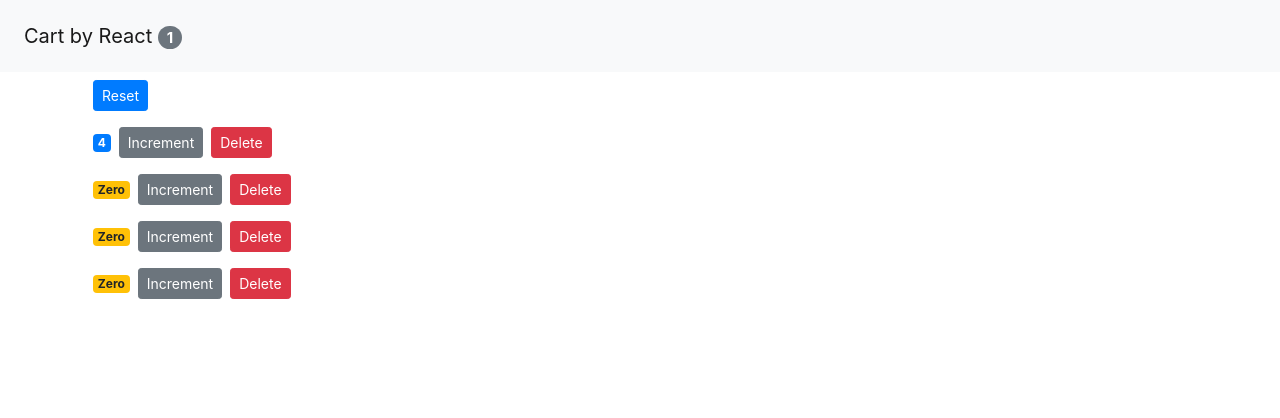
Repository: smk87/First-React-App
Page: /
The author's editor kept a copy of each file at every save. The page is drawn from the files as they stood at one save, then again after the next save.
The browser window is 1280 px wide. The pictures show the whole page.
The project was rebuilt for these pictures with package versions that can differ from the ones it lists, and the page was loaded fresh each time. Also part of the build but not shown: src/App.css.

Above is the page before, as saved 2019-01-06 14:23:27.

### public/index.html
<!DOCTYPE html>
<html lang="en">
  <head>
    <meta charset="utf-8" />
    <link rel="shortcut icon" href="%PUBLIC_URL%/favicon.ico" />
    <meta
      name="viewport"
      content="width=device-width, initial-scale=1, shrink-to-fit=no"
    />
    <meta name="theme-color" content="#000000" />
    <!--
      manifest.json provides metadata used when your web app is added to the
      homescreen on Android. See https://developers.google.com/web/fundamentals/web-app-manifest/
    -->
    <link rel="manifest" href="%PUBLIC_URL%/manifest.json" />
    <!--
      Notice the use of %PUBLIC_URL% in the tags above.
      It will be replaced with the URL of the `public` folder during the build.
      Only files inside the `public` folder can be referenced from the HTML.

      Unlike "/favicon.ico" or "favicon.ico", "%PUBLIC_URL%/favicon.ico" will
      work correctly both with client-side routing and a non-root public URL.
      Learn how to configure a non-root public URL by running `npm run build`.
    -->
    <title>Cart by React</title>
  </head>
  <body>
    <noscript>You need to enable JavaScript to run this app.</noscript>
    <div id="root"></div>
    <!--
      This HTML file is a template.
      If you open it directly in the browser, you will see an empty page.

      You can add webfonts, meta tags, or analytics to this file.
      The build step will place the bundled scripts into the <body> tag.

      To begin the development, run `npm start` or `yarn start`.
      To create a production bundle, use `npm run build` or `yarn build`.
    -->
  </body>
</html>

### src/App.js
import React, { Component } from "react";
import logo from "./logo.svg";
import "./App.css";
import NavBar from "./components/navbar";
import Counters from "./components/counters";

class App extends Component {
  state = {
    counters: [
      { id: 1, value: 4 },
      { id: 2, value: 0 },
      { id: 3, value: 0 },
      { id: 4, value: 0 }
    ]
  };

  handleDelete = counterId => {
    const counters = this.state.counters.filter(c => c.id !== counterId);
    this.setState({ counters });
  };

  handleReset = () => {
    const reset = this.state.counters.map(c => {
      c.value = 0;
      return c;
    });
    this.setState({ reset });
  };

  handleIncrement = counter => {
    console.log(counter);

    const counters = [...this.state.counters];
    const index = counters.indexOf(counter);
    counters[index] = { ...counter };
    counters[index].value++;
    this.setState({ counters });
  };

  render() {
    return (
      <React.Fragment>
        <NavBar
          totalCounters={this.state.counters.filter(c => c.value > 0).length}
        />
        <main className="container">
          <Counters
            counters={this.state.counters}
            onReset={this.handleReset}
            onIncrement={this.handleIncrement}
            onDelete={this.handleDelete}
          />
        </main>
      </React.Fragment>
    );
  }
}

export default App;

### src/components/navbar.jsx
import React, { Component } from "react";

const NavBar = props => {
  return (
    <nav className="navbar navbar-light bg-light">
      <a className="navbar-brand m-2" href="#">
        Cart by React{" "}
        <span className="badge badge-pill badge-secondary">
          {props.totalCounters}
        </span>
      </a>
    </nav>
  );
};

export default NavBar;

### src/components/counters.jsx
import React, { Component } from "react";
import Counter from "./counter";

class Counters extends Component {
  render() {
    const { onReset, counters, onDelete, onIncrement } = this.props;

    return (
      <div>
        <button onClick={onReset} className="btn btn-primary btn-sm m-2">
          Reset
        </button>

        {counters.map(counter => (
          <Counter
            onDelete={onDelete}
            onIncrement={onIncrement}
            key={counter.id}
            counter={counter}
          />
        ))}
      </div>
    );
  }
}

export default Counters;

### src/components/counter.jsx
import React, { Component } from "react";

class Counter extends Component {
  render() {
    return (
      <div>
        <span className={this.getBadgeClasses()}>{this.formatCount()}</span>
        <button
          onClick={() => this.props.onIncrement(this.props.counter)}
          className="btn btn-secondary btn-sm"
        >
          Increment
        </button>
        <button
          onClick={() => this.props.onDelete(this.props.counter.id)}
          className="btn btn-danger btn-sm m-2"
        >
          Delete
        </button>
      </div>
    );
  }

  getBadgeClasses() {
    let classes = "badge m-2 badge-";
    classes += this.props.counter.value === 0 ? "warning" : "primary";
    return classes;
  }

  formatCount() {
    const { value: count } = this.props.counter;
    return count === 0 ? "Zero" : count;
  }
}

export default Counter;

Loaded but not shown: src/index.js (common file); src/index.css (common file); src/serviceWorker.js (common file)

After the next save:
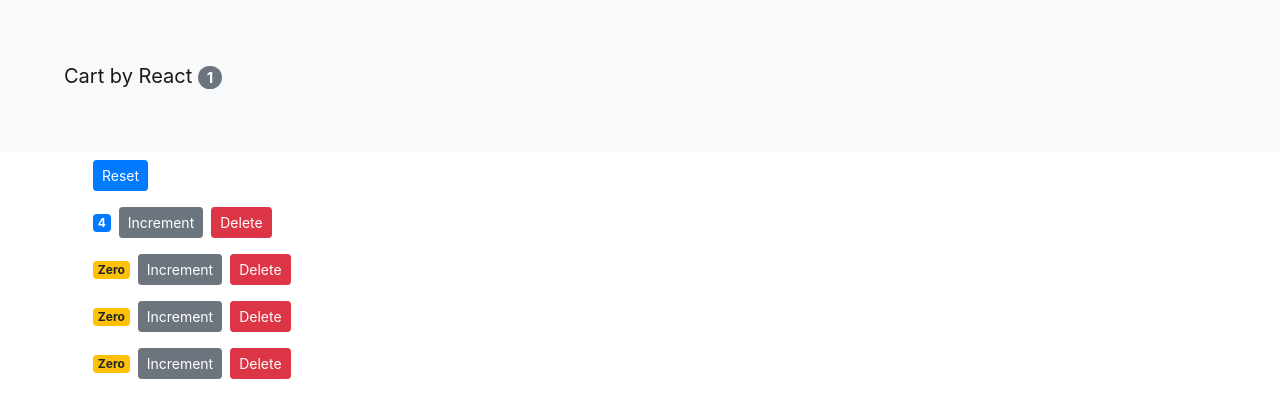
Saved 5 s later.
--- a/src/components/navbar.jsx
+++ b/src/components/navbar.jsx
@@ -3,7 +3,7 @@ import React, { Component } from "react";
 const NavBar = props => {
   return (
     <nav className="navbar navbar-light bg-light">
-      <a className="navbar-brand m-2" href="#">
+      <a className="navbar-brand m-5" href="#">
         Cart by React{" "}
         <span className="badge badge-pill badge-secondary">
           {props.totalCounters}
